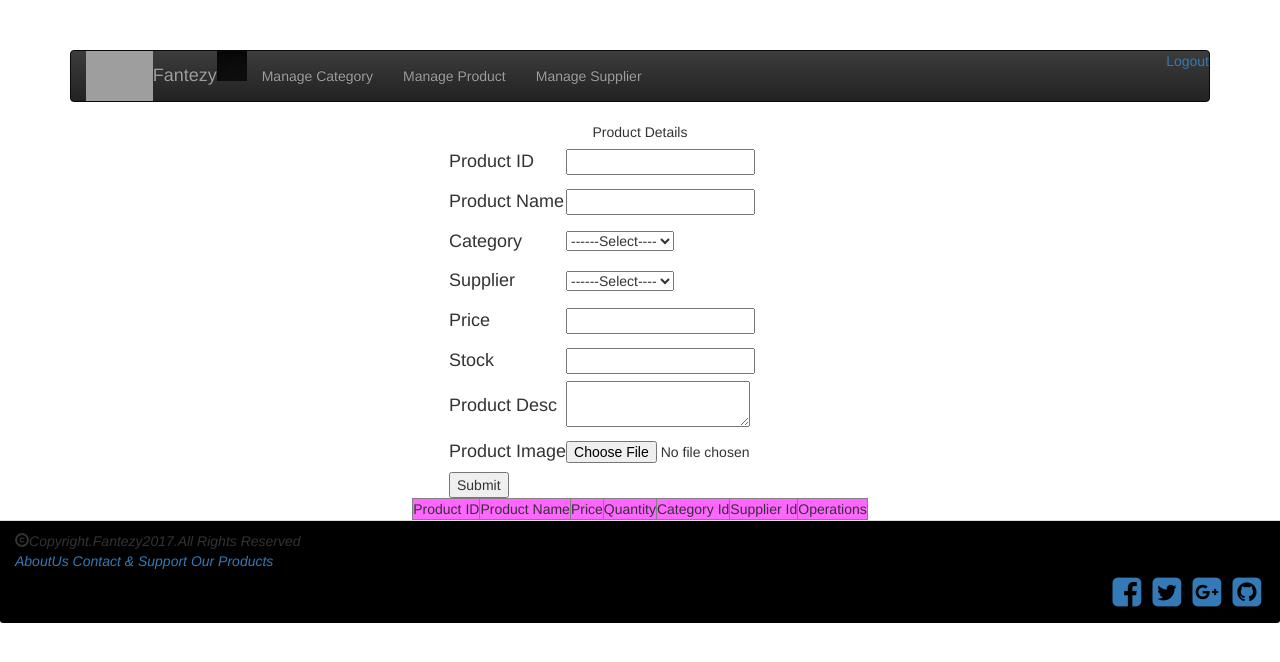
Repository: Safna93/eCommerce-project
Page: http://localhost/FantezyFrontendProject/WEB-INF/views/Product.jsp
The author's editor kept a copy of each file at every save. The page is drawn from the files as they stood at one save, then again after the next save.
The browser window is 1280 px wide. The pictures show the whole page.
Pictures or frames that could not be fetched are drawn as grey boxes. Some web libraries are served in a nearby version. The page is served by Tomcat 9. Nobody is signed in. Other server files are loaded and not shown. The template is opened directly, without the code that normally fills it, so the values that code supplies are empty.

Above is the page before, as saved 2017-07-11 09:24:24.

### Fantezy Project/Fantezy/FantezyFrontendProject/src/main/webapp/WEB-INF/views/Product.jsp
<%@ page language="java" contentType="text/html"%>
<%@ taglib uri="http://java.sun.com/jsp/jstl/core" prefix="c"%>
<%@taglib prefix="form" uri="http://www.springframework.org/tags/form"%>

<%@include file="AdminHeader.jsp"%>

<form:form method="POST" action="InsertProduct" modelAttribute="product" enctype="Multipart/form-data">
<table align="center">
			<tr>
				<td colspan="2"><center>Product Details</center></td>
			</tr>
			<tr>
				<td><h4>Product ID</h4></td>
				<td><form:input path="prodid" /></td>
			</tr>
			<tr>
				<td><h4>Product Name</h4></td>
				<td><form:input path="prodname" /></td>
			</tr>

			<tr>
				<td><h4>Category</h4></td>
				<td><form:select path="catid">
						<form:option value="0" label="------Select----" />
						<form:options items="${catlist}" />
					</form:select>
				</td>
			</tr>
			<tr>
				<td><h4>Supplier</h4></td>
				<td><form:select path="suppid">
						<form:option value="0" label="------Select----" />
						<form:options items="${supplist}" />
					</form:select>
				</td>
			</tr>

			<tr>
				<td><h4>Price</h4></td>
				<td><form:input path="price" /></td>
			</tr>
			<tr>
				<td><h4>Stock</h4></td>
				<td><form:input path="quantity" /></td>
			</tr>
			<tr>
				<td><h4>Product Desc</h4></td>
				<td><form:textarea path="proddesc" /></td>
			</tr>
			<tr>
				<td><h4>Product Image</h4></td>
				<td><form:input type="file" path="pimage" /></td>
			</tr>

			<tr>
			<td colspan="2"><input type="submit" /></td>

			</tr>
</table>
</form:form>

<!-- Displaying the Product data using Table -->
<table cellspacing="2" align="center" border="1">

	<tr bgcolor="#ff66ff">
		<td>Product ID</td>
		<td>Product Name</td>
		<td>Price</td>
		<td>Quantity</td>
		<td>Category Id</td>
		<td>Supplier Id</td>
		<td>Operations</td>
	</tr>
	<c:forEach items="${prodlist}" var="product">
		<tr bgcolor="#00ff99">
			<td>${product.prodid}</td>
			<td>${product.prodname}</td>
			<td>${product.price}</td>
			<td>${product.quantity}</td>
			<td>${product.catid}</td>
			<td>${product.suppid}</td>
			<td><a href="<c:url value="deleteProduct/${product.prodid}"/>">Delete</a>
				<a href="<c:url value="updateProduct/${product.prodid}"/>">Update</a>
			</td>
		</tr>
	</c:forEach>
</table>
<!-- Completed Displaying Table -->
<%@include file="Footer.jsp" %>
</body>
</html>

### Fantezy Project/Fantezy/FantezyFrontendProject/src/main/webapp/WEB-INF/views/AdminHeader.jsp
<!DOCTYPE html>
<html lang="en">
<head>
<title>Fatntezy-The Girlz Corner</title>
<meta charset="utf-8">
<meta name="viewport" content="width=device-width, initial-scale=1">
<%@ taglib uri="http://java.sun.com/jsp/jstl/core" prefix="c"%>
<link rel="stylesheet"
	href="https://maxcdn.bootstrapcdn.com/bootstrap/3.3.7/css/bootstrap.min.css">
<link href="<c:url value="/resources/css/Head.css" />" rel="stylesheet">
<script
	src="https://ajax.googleapis.com/ajax/libs/jquery/3.2.1/jquery.min.js"></script>
<script
	src="https://maxcdn.bootstrapcdn.com/bootstrap/3.3.7/js/bootstrap.min.js"></script>
</head>
<body>




	<div class="header">
		<div class="container">
			<header style="height: 50px;"></header>
			<!------------- Navbar -------------->
			<nav class="my-nav navbar navbar-inverse bs-dark">
				<div class="navbar-header"></div>












				<div class="collapse navbar-collapse"
					id="bs-example-navbar-collapse-1">
					<ul class="nav navbar-nav">
						<a class="navbar-brand" href="#" style="padding: 0px;"> <img
							src="mylogo.png" style="height: 100%; display: inline-block;"><span>Fantezy</span>
						</a>


						<li class="active"><a href="ioo"><span class="sr-only">HOME</span></a></li>

						<li><a href="Category">Manage Category</a></li>
						<li><a href="Product">Manage Product</a></li>
						<li><a href="Supplier">Manage Supplier</li>

					</ul>
					<ul>
						<div class="nav navbar-nav navbar-right">

							<a href="logout">Logout</a> </a>
						</div>
					</ul>
				</div>







				</li>
				</ul>
		</div>
		</nav>
	</div>

	<!----------- !Navbar End ------------>


	</div>

### Fantezy Project/Fantezy/FantezyFrontendProject/src/main/webapp/WEB-INF/views/Footer.jsp


<html lang="en">
<head>
<title>Fantezy</title>
  <meta charset="utf-8">
  <meta name="viewport" content="width=device-width, initial-scale=1"><!-- Latest compiled and minified CSS -->
<link rel="stylesheet" href="https://maxcdn.bootstrapcdn.com/bootstrap/3.3.4/css/bootstrap.min.css">
<link rel="stylesheet" href="https://cdnjs.cloudflare.com/ajax/libs/font-awesome/4.6.3/css/font-awesome.min.css">
<!-- Optional theme -->
<link rel="stylesheet" href="https://maxcdn.bootstrapcdn.com/bootstrap/3.3.4/css/bootstrap-theme.min.css">
 <!-- jQuery (necessary for Bootstrap's JavaScript plugins) -->
    <script src="https://ajax.googleapis.com/ajax/libs/jquery/1.11.2/jquery.min.js"></script>
<!-- Latest compiled and minified JavaScript -->
<script src="https://maxcdn.bootstrapcdn.com/bootstrap/3.3.4/js/bootstrap.min.js"></script>
  <style>
.panel-footer{
	background-color: black;
	font-style: oblique;
}
body{
	background-color: white;
	font:oblique;
	size:18;
}
.social:hover {
     -webkit-transform: scale(1.1);
     -moz-transform: scale(1.1);
     -o-transform: scale(1.1);
 }
 .social {
     -webkit-transform: scale(0.8);
     /* Browser Variations: */

     -moz-transform: scale(0.8);
     -o-transform: scale(0.8);
     -webkit-transition-duration: 0.5s;
     -moz-transition-duration: 0.5s;
     -o-transition-duration: 0.5s;
 }
/*
    Multicoloured Hover Variations
*/

 #social-fb:hover {
     color: #3B5998;
 }
 #social-tw:hover {
     color: #4099FF;
 }
 #social-gp:hover {
     color: #d34836;
 }
 #social-gh:hover {
     color: black;
 }
</style>
</head>
<body>
<div class="panel-footer">

  <span class="glyphicon glyphicon-copyright-mark"></span>Copyright.Fantezy2017.All Rights Reserved
<div class="text-left left-block">
<a href="AboutUs">AboutUs</a></li>

<a href="ContactUs">Contact & Support</a>
<a href="ProductDesc">Our Products</a>





<div class="text-right right-block">

                <a href="https://www.facebook.com"><i id="social-fb" class="fa fa-facebook-square fa-3x social"></i></a>
	            <a href="https://twitter.com"><i id="social-tw" class="fa fa-twitter-square fa-3x social"></i></a>
	            <a href="https://plus.google.com"><i id="social-gp" class="fa fa-google-plus-square fa-3x social"></i></a>
	            <a href="https://github.com"><i id="social-gh" class="fa fa-github-square fa-3x social"></i></a>
</div>

</div>


</body>
</html>

### Fantezy Project/Fantezy/FantezyFrontendProject/src/main/webapp/resources/css/Head.css


.bs-dark.navbar-inverse {
  background-color: #222;
  border-color: #080808;
}
.bs-dark .navbar-img {padding:5px 6px !important;}
.bs-dark .navbar-img img {width:40px;}
.bs-dark .dropdown-menu {
  min-width: 200px;
  padding: 5px 0;
  margin: 2px 0 0;
  background-color: #000;
  border: 1px solid rgba(0, 0, 0, 0.7);
  border: 1px solid rgba(0, 0, 0, .15);
  -webkit-box-shadow: 0 6px 12px rgba(0, 0, 0, .175);
          box-shadow: 0 6px 12px rgba(0, 0, 0, .175);
}

.bs-dark .dropdown-menu .divider {
  border: 1px solid rgba(0, 0, 0, 0.8);
}
.bs-dark .dropdown-menu > li > a {
  padding: 6px 20px;
  color: rgba(255,255,255,0.80);
}
.bs-dark .dropdown-menu > li > a:hover,
.bs-dark .dropdown-menu > li > a:focus {
  color: rgba(255,255,255,0.70);
  text-decoration: none;
  background-color: transparent;
}
.bs-dark .dropdown-menu > .active > a,
.bs-dark .dropdown-menu > .active > a:hover,
.bs-dark .dropdown-menu > .active > a:focus {
  color: rgba(255,255,255,0.70);
  text-decoration: none;
  background-color: transparent;
  outline: 0;
}

.bs-dark .navbar-form {
  margin:0;
  margin-top: 5px;
  padding:8px 0px;
}

.bs-dark .navbar-form .search-box {
  border:0px;
  height:35px;
  outline: none;
  width:320px;
  padding-right: 3px;
  padding-left: 15px;
  margin:4px;
  -webkit-border-radius: 22px;
  -moz-border-radius: 22px;
  border-radius: 22px;
}

.bs-dark .navbar-form button {
  border: 0;
  background: none;
  padding: 2px 5px;
  margin-top: 2px;
  position: relative;
  left: -34px;
  margin-bottom: 0;
  -webkit-border-radius: 3px;
  -moz-border-radius: 3px;
  border-radius: 3px;
}

.bs-dark .search-box:focus + button {
  z-index: 3;
}

@media (min-width: 768px) {
    .bs-dark .dropdown:hover {background-color: #000;}
	.bs-dark .dropdown:hover .dropdown-menu {
	  display: block;
	}
	.bs-dark .navbar-form {
	  padding:0px;
	}
	.bs-dark .navbar-form .search-box {
	  width:260px;
	  height:32px;
	}

}

After the next save:
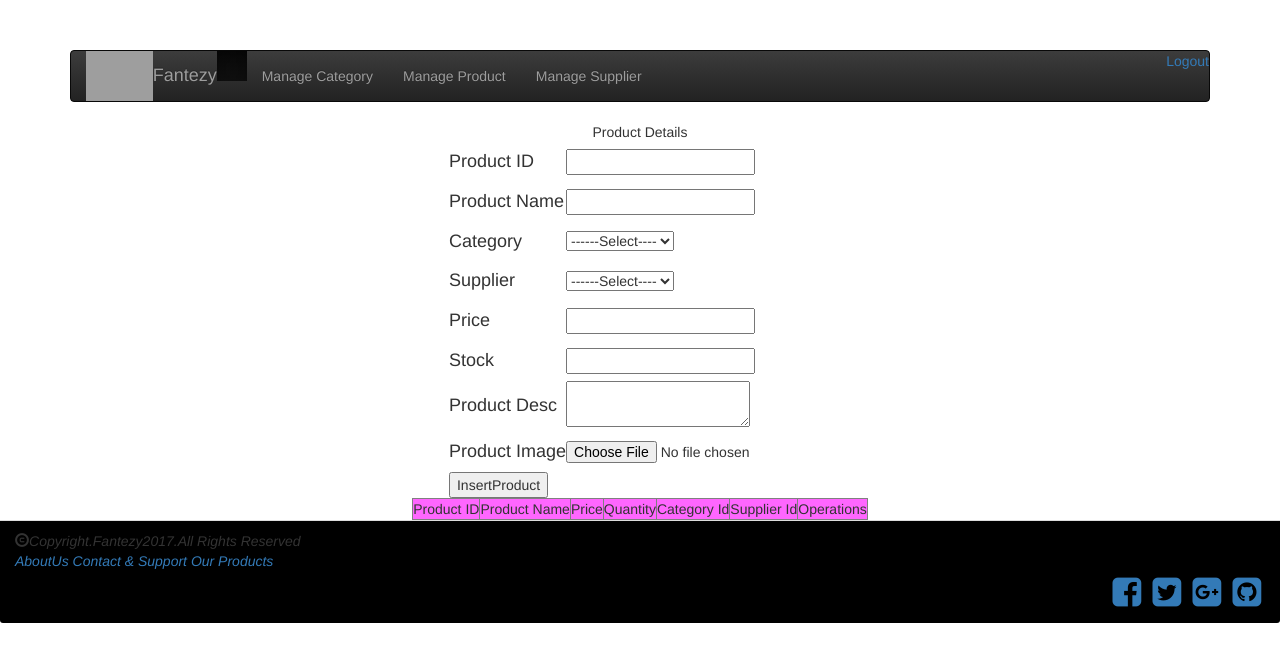
Saved 4 min 21 s later.
--- a/Fantezy Project/Fantezy/FantezyFrontendProject/src/main/webapp/WEB-INF/views/Product.jsp
+++ b/Fantezy Project/Fantezy/FantezyFrontendProject/src/main/webapp/WEB-INF/views/Product.jsp
@@ -53,7 +53,7 @@
 			</tr>
 
 			<tr>
-			<td colspan="2"><input type="submit" /></td>
+			<td colspan="2"><input type="submit" value="InsertProduct"/></td>
 
 			</tr>
 </table>
